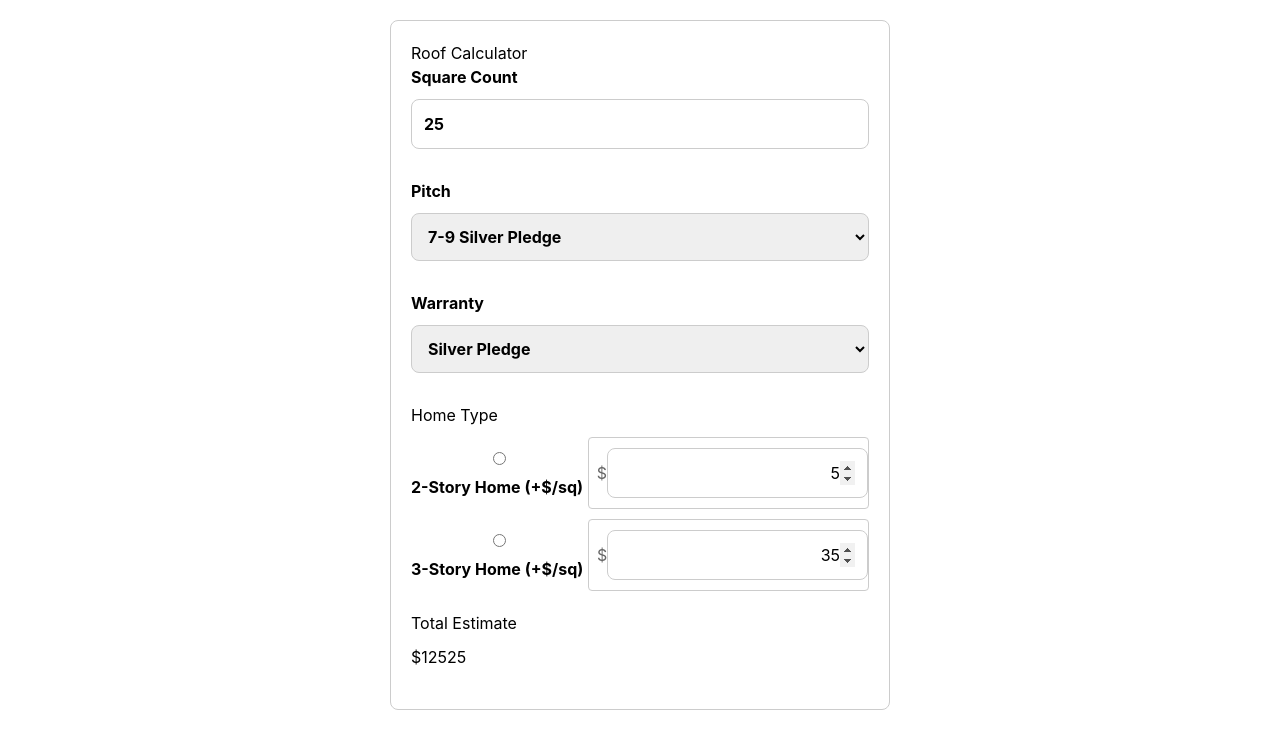
Repository: Tripp-L/roof-calc-app
Page: /
These files come from the project's save history. The page is drawn as it stood at one moment and after the next save; the edit follows.
The browser window is 1280 px wide. The pictures show the whole page.
The project was rebuilt for these pictures with package versions that can differ from the ones it lists, and the page was loaded fresh each time.

Above is the page before, as saved 2024-10-13 23:05:05.

### public/index.html
<!DOCTYPE html>
<html lang="en">
  <head>
    <meta charset="utf-8" />
    <meta name="viewport" content="width=device-width, initial-scale=1" />
    <title>Roof Calc App</title>
  </head>
  <body>
    <noscript>You need to enable JavaScript to run this app.</noscript>
    <div id="root"></div>
  </body>
</html>

### src/App.js
import React from 'react';
import RoofCalculator from './RoofCalculator';
import './App.css';

function App() {
  return (
    <div className="App">
      <RoofCalculator />
    </div>
  );
}

export default App;

### src/RoofCalculator.js
import React, { useState } from 'react';
import './RoofCalculator.css'; // Make sure to create this CSS file

const RoofCalculator = () => {
  const [squareCount, setSquareCount] = useState(25);
  const [pitch, setPitch] = useState('7-9 Silver Pledge');
  const [warranty, setWarranty] = useState('Silver Pledge');
  const [twoStoryPrice, setTwoStoryPrice] = useState(5);
  const [threeStoryPrice, setThreeStoryPrice] = useState(35);
  const [selectedHomeType, setSelectedHomeType] = useState('');

  const pricePerSq = 450;
  const warrantyCosts = {
    'Silver Pledge': 400,
    'Golden Pledge': 500
  };
  const pitchAdders = {
    '7-9 Silver Pledge': 875,
    '10-12 Golden Pledge': 1375
  };

  const adjustPrice = (setter, value) => {
    const newValue = Math.max(0, parseInt(value) || 0);
    setter(newValue);
  };

  const calculateTotal = () => {
    const basePrice = squareCount * pricePerSq;
    const warrantyPrice = warrantyCosts[warranty];
    const pitchAdder = pitchAdders[pitch];
    const homeTypeAdder = selectedHomeType === '2-Story' ? twoStoryPrice * squareCount :
                          selectedHomeType === '3-Story' ? threeStoryPrice * squareCount : 0;
    return basePrice + warrantyPrice + pitchAdder + homeTypeAdder;
  };

  return (
    <div className="calculator">
      <h1>Roof Calculator</h1>

      <div className="calculator-section">
        <label>
          Square Count
          <input
            type="number"
            value={squareCount}
            onChange={(e) => setSquareCount(Math.max(0, parseInt(e.target.value) || 0))}
            min="0"
          />
        </label>
      </div>

      <div className="calculator-section">
        <label>
          Pitch
          <select value={pitch} onChange={(e) => setPitch(e.target.value)}>
            <option value="7-9 Silver Pledge">7-9 Silver Pledge</option>
            <option value="10-12 Golden Pledge">10-12 Golden Pledge</option>
          </select>
        </label>
      </div>

      <div className="calculator-section">
        <label>
          Warranty
          <select value={warranty} onChange={(e) => setWarranty(e.target.value)}>
            <option value="Silver Pledge">Silver Pledge</option>
            <option value="Golden Pledge">Golden Pledge</option>
          </select>
        </label>
      </div>

      <div className="calculator-section">
        <h3>Home Type</h3>
        <div className="home-type-option">
          <label>
            <input
              type="radio"
              name="homeType"
              value="2-Story"
              checked={selectedHomeType === '2-Story'}
              onChange={(e) => setSelectedHomeType(e.target.value)}
            />
            2-Story Home (+$/sq)
          </label>
          <div className="price-input-container">
            <span className="price-symbol">$</span>
            <input
              type="number"
              className="price-input"
              value={twoStoryPrice}
              onChange={(e) => adjustPrice(setTwoStoryPrice, e.target.value)}
              min="0"
            />
          </div>
        </div>
        <div className="home-type-option">
          <label>
            <input
              type="radio"
              name="homeType"
              value="3-Story"
              checked={selectedHomeType === '3-Story'}
              onChange={(e) => setSelectedHomeType(e.target.value)}
            />
            3-Story Home (+$/sq)
          </label>
          <div className="price-input-container">
            <span className="price-symbol">$</span>
            <input
              type="number"
              className="price-input"
              value={threeStoryPrice}
              onChange={(e) => adjustPrice(setThreeStoryPrice, e.target.value)}
              min="0"
            />
          </div>
        </div>
      </div>

      <div className="calculator-section total">
        <h3>Total Estimate</h3>
        <p>${calculateTotal()}</p>
      </div>
    </div>
  );
};

export default RoofCalculator;

### src/App.css
@import 'tailwindcss/base';
@import 'tailwindcss/components';
@import 'tailwindcss/utilities';

body {
  font-family: -apple-system, BlinkMacSystemFont, "Segoe UI", Roboto, Helvetica, Arial, sans-serif, "Apple Color Emoji", "Segoe UI Emoji", "Segoe UI Symbol";
}

input:focus, select:focus {
  outline: none;
}

.price-input-container {
  display: inline-flex;
  align-items: center;
  border: 1px solid #ccc;
  border-radius: 4px;
  overflow: hidden;
}

.price-symbol {
  padding-left: 8px;
  color: #666;
}

.price-input {
  border: none;
  outline: none;
  padding: 8px;
  width: 60px;
  font-size: 16px;
}

.price-input::-webkit-inner-spin-button,
.price-input::-webkit-outer-spin-button {
  opacity: 1;
}

.App {
  display: flex;
  flex-direction: column;
  min-height: 100vh;
  max-width: 100%;
  padding: 20px;
  font-size: 16px;
  line-height: 1.5;
  touch-action: manipulation;
}

@media (min-width: 768px) {
  .App {
    max-width: 90%;
    margin: 0 auto;
  }
}

@media (min-width: 1024px) {
  .App {
    max-width: 1200px;
  }
}

.App input,
.App select,
.App button {
  font-size: 16px;
  padding: 12px;
  margin: 10px 0;
  border-radius: 8px;
  border: 1px solid #ccc;
  width: 100%;
  box-sizing: border-box;
}

.App button {
  background-color: #007bff;
  color: white;
  border: none;
  cursor: pointer;
  transition: background-color 0.3s ease;
}

.App button:hover,
.App button:focus {
  background-color: #0056b3;
}

.App label {
  display: block;
  margin-bottom: 5px;
  font-weight: bold;
}

.sqft-input {
  width: 10%;
  padding: 8px;
  margin-top: 5px;
  border: 1px solid #ccc;
  border-radius: 4px;
  box-sizing: border-box;
}

.waste-select {
  width: 10%;
  padding: 8px;
  margin-top: 5px;
  border: 1px solid #ccc;
  border-radius: 4px;
  box-sizing: border-box;
}

.warranty-container {
  display: flex;
  align-items: center;
  margin-bottom: 10px;
}

.warranty-price-container {
  display: flex;
  align-items: center;
  margin-left: 10px;
}

.dollar-sign {
  margin-right: 5px;
  font-weight: bold;
}

.warranty-price-adjust {
  padding: 5px;
}

.warranty-price-adjust::before {
  content: "+";
  margin-right: 5px;
}

.warranty-adjust {
  margin-left: 10px;
}

.warranty-adjust select {
  margin-left: 5px;
}

.keypad button:last-child {
  grid-column: span 4;
  background-color: #f0f0f0;
  color: #333;
}

.digits button:last-child {
  background-color: #f0f0f0;
  color: #333;
  grid-column: span 2;
}

.home-type-section {
  margin-bottom: 20px;
}

.home-type-options {
  display: flex;
  justify-content: space-between;
  align-items: center;
  margin-bottom: 10px;
}

.home-type-options label {
  display: flex;
  align-items: center;
}

.price-input {
  display: flex;
  align-items: center;
  border: 1px solid #ccc;
  border-radius: 4px;
  padding: 5px;
}

.price-input span {
  margin-right: 5px;
}

.price-input input {
  border: none;
  outline: none;
  width: 60px;
}

### src/RoofCalculator.css
.calculator {
  max-width: 500px;
  margin: 0 auto;
  padding: 20px;
  border: 1px solid #ccc;
  border-radius: 8px;
}

.calculator h2 {
  margin-top: 0;
}

.calculator-section {
  margin-bottom: 20px;
}

.calculator-section h3 {
  margin-bottom: 10px;
}

input[type="number"],
select {
  width: 100%;
  padding: 8px;
  margin-top: 5px;
  border: 1px solid #ccc;
  border-radius: 4px;
}

.home-type-option {
  display: flex;
  justify-content: space-between;
  align-items: center;
  margin-bottom: 10px;
}

.home-type-option label {
  display: flex;
  align-items: center;
}

.price-input-container {
  display: inline-flex;
  align-items: center;
  border: 1px solid #ccc;
  border-radius: 4px;
}

.price-symbol {
  padding-left: 8px;
  color: #666;
}

.price-input {
  width: 60px;
  border: none;
  padding: 8px;
  text-align: right;
}

.price-input::-webkit-inner-spin-button,
.price-input::-webkit-outer-spin-button {
  opacity: 1;
}

Loaded but not shown: src/index.js (common file); tailwind.config.js (common file)

After the next save:
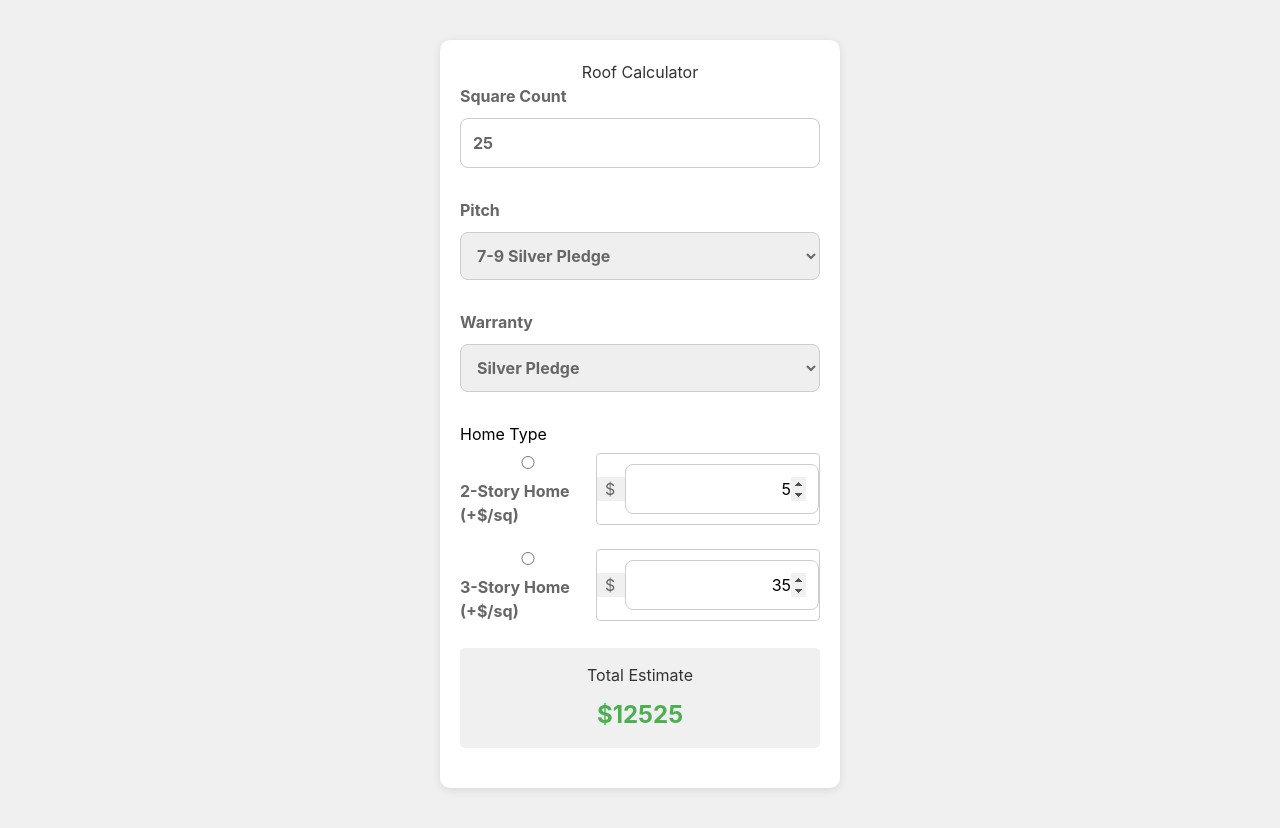
Saved 15 s later.
--- a/src/RoofCalculator.css
+++ b/src/RoofCalculator.css
@@ -1,30 +1,40 @@
-.calculator {
-  max-width: 500px;
-  margin: 0 auto;
-  padding: 20px;
-  border: 1px solid #ccc;
-  border-radius: 8px;
+body {
+  background-color: #f0f0f0;
+  font-family: -apple-system, BlinkMacSystemFont, 'Segoe UI', Roboto, Oxygen, Ubuntu, Cantarell, 'Open Sans', 'Helvetica Neue', sans-serif;
 }
 
-.calculator h2 {
-  margin-top: 0;
+.calculator {
+  max-width: 400px;
+  margin: 20px auto;
+  padding: 20px;
+  background-color: white;
+  border-radius: 10px;
+  box-shadow: 0 2px 10px rgba(0, 0, 0, 0.1);
+}
+
+h1 {
+  text-align: center;
+  color: #333;
+  margin-bottom: 20px;
 }
 
 .calculator-section {
   margin-bottom: 20px;
 }
 
-.calculator-section h3 {
-  margin-bottom: 10px;
+label {
+  display: block;
+  margin-bottom: 5px;
+  color: #666;
 }
 
 input[type="number"],
 select {
   width: 100%;
-  padding: 8px;
-  margin-top: 5px;
-  border: 1px solid #ccc;
-  border-radius: 4px;
+  padding: 10px;
+  border: 1px solid #ddd;
+  border-radius: 5px;
+  font-size: 16px;
 }
 
 .home-type-option {
@@ -42,23 +52,40 @@ select {
 .price-input-container {
   display: inline-flex;
   align-items: center;
-  border: 1px solid #ccc;
-  border-radius: 4px;
+  border: 1px solid #ddd;
+  border-radius: 5px;
+  overflow: hidden;
 }
 
 .price-symbol {
-  padding-left: 8px;
+  padding: 0 10px;
+  background-color: #f0f0f0;
   color: #666;
 }
 
 .price-input {
   width: 60px;
   border: none;
-  padding: 8px;
+  padding: 10px;
   text-align: right;
+  font-size: 16px;
 }
 
-.price-input::-webkit-inner-spin-button,
-.price-input::-webkit-outer-spin-button {
-  opacity: 1;
+.total {
+  background-color: #f0f0f0;
+  padding: 15px;
+  border-radius: 5px;
+  text-align: center;
 }
+
+.total h3 {
+  margin: 0;
+  color: #333;
+}
+
+.total p {
+  font-size: 24px;
+  font-weight: bold;
+  color: #4CAF50;
+  margin: 10px 0 0;
+}
